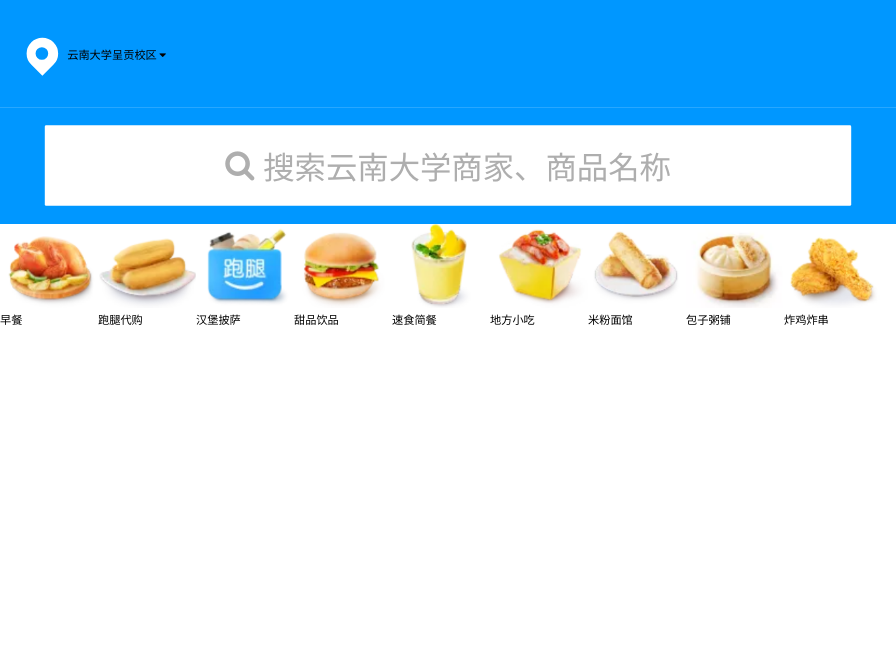
Repository: F000top/ele
Page: index.html
These files come from the project's save history. The page is drawn as it stood at one moment and after the next save; the edit follows.
The browser window is 1280 px wide. The pictures show the part of the page from y = 0 to 1920 px (the page is 934 px tall before and 5850 px after), at 70% of full size.

Above is the page before, as saved 2022-06-07 21:30:07.

After the next save:
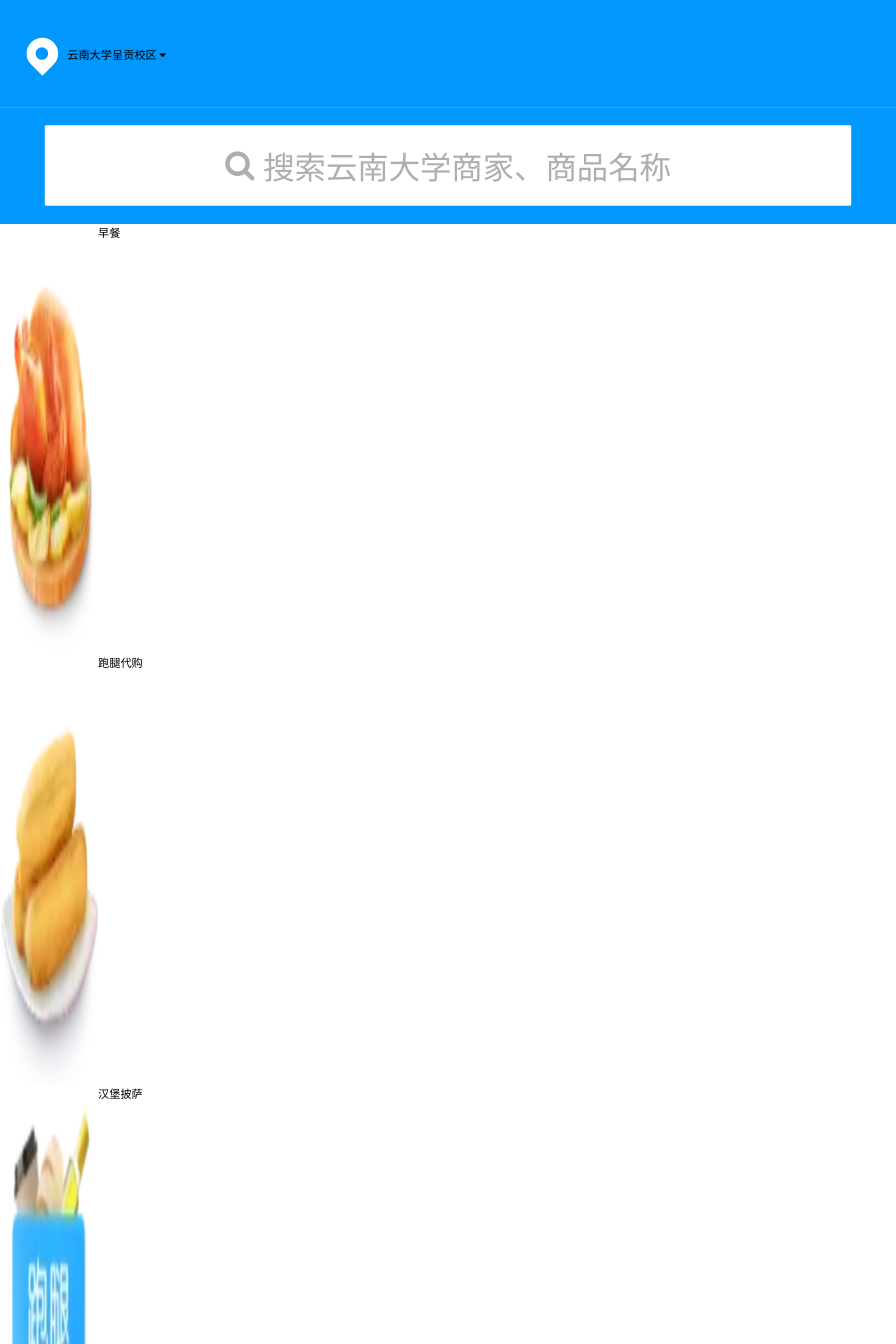
Saved 24 s later.
--- a/css/index.css
+++ b/css/index.css
@@ -70,7 +70,7 @@
 
 /* 点餐分类部分的css */
 
-.wrapper .foodtype{
+.wrapper .foodtype li{
     width: 100%;
     height: 48vw;
 

After the save that followed:
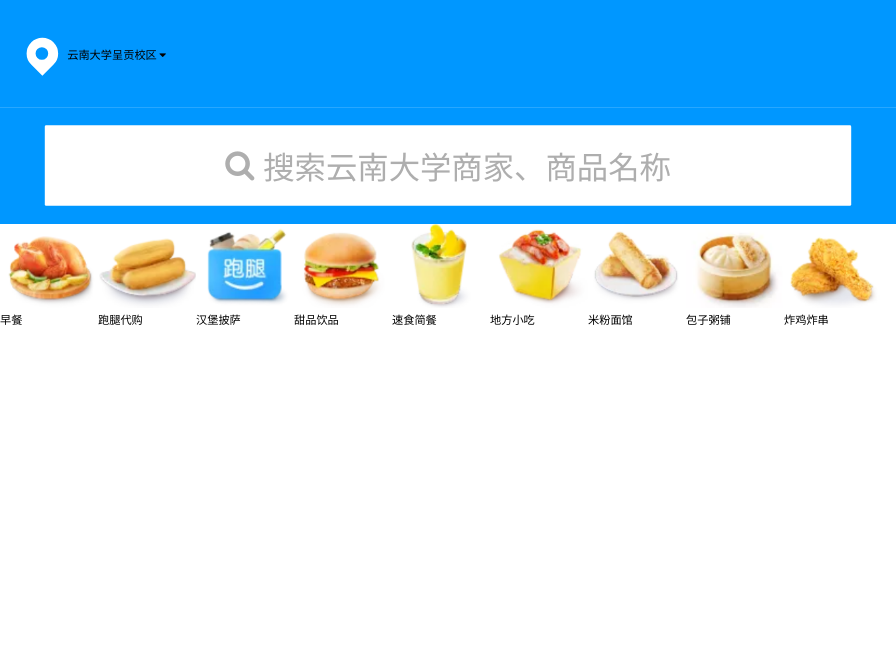
Saved 10 s later.
--- a/css/index.css
+++ b/css/index.css
@@ -70,7 +70,7 @@
 
 /* 点餐分类部分的css */
 
-.wrapper .foodtype li{
+.wrapper .foodtype {
     width: 100%;
     height: 48vw;
 
